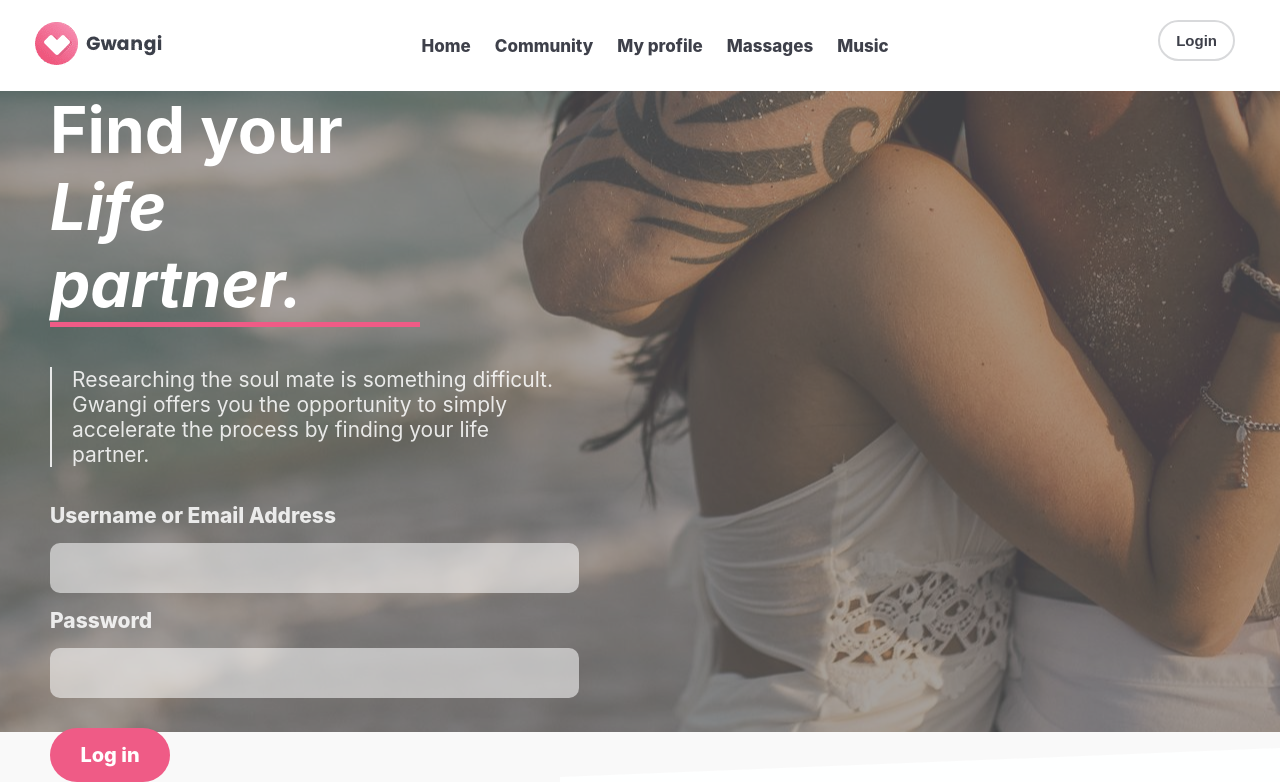
Repository: ShokunLiubov/Soc-Network-React
Page: /login
An editor plug-in stored every save of this project. The page is shown before and after the next save, followed by the edit.
The browser window is 1280 px wide. The pictures show the whole page.
The project was rebuilt for these pictures with package versions that can differ from the ones it lists, and the page was loaded fresh each time. Also part of the build but not shown: src/components/common/Paginator/Paginator.module.css, src/components/common/Paginator/Paginator.jsx, src/components/Community/Community.module.css, src/components/Community/Friend/Friend.jsx, src/components/Community/Community.jsx, src/components/common/Preloader/Preloader.jsx, src/components/Community/CommunityContainer.jsx, src/components/Dialogs/Dialogs.module.css and 14 more.

Above is the page before, as saved 2022-08-24 18:39:40.

After the next save:
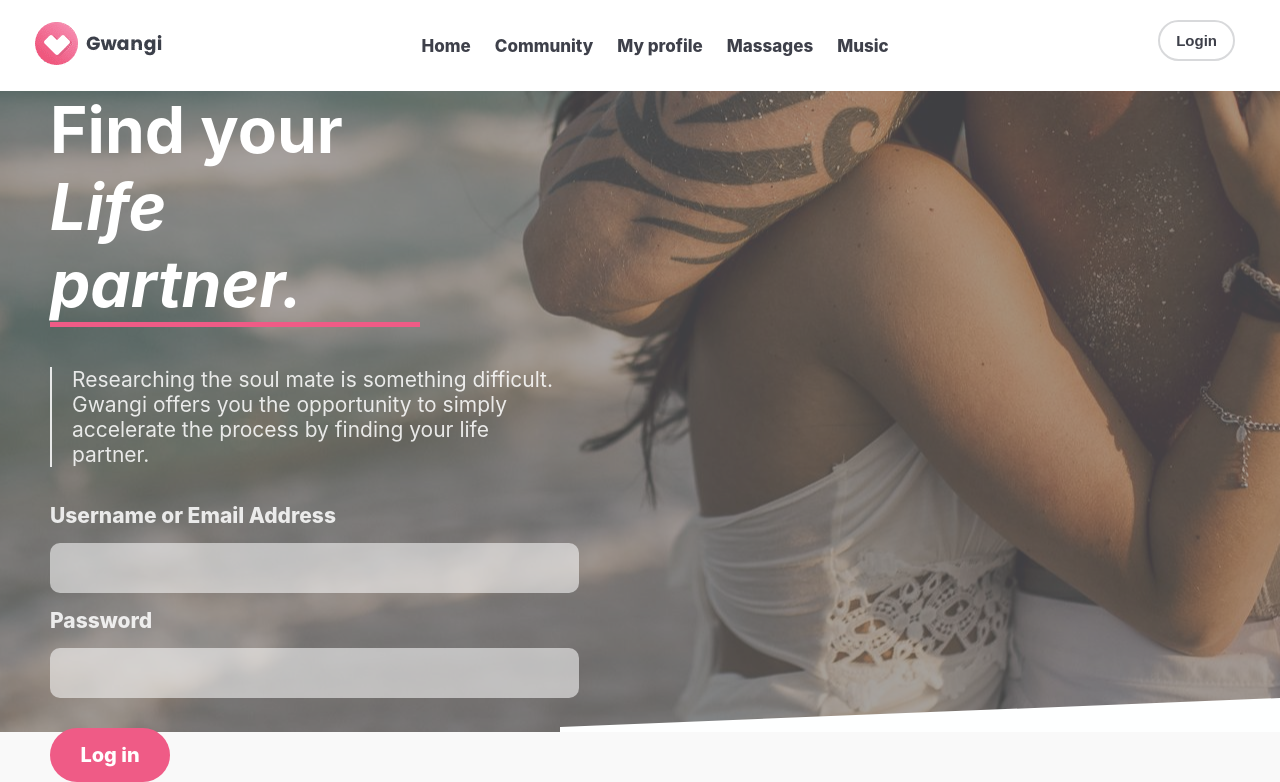
Saved 29 s later.
--- a/src/components/Auth/Registration/Registration.module.css
+++ b/src/components/Auth/Registration/Registration.module.css
@@ -88,7 +88,7 @@
 
 /* FORM */
 .decoration {
-    position: relative;
+    /* position: relative; */
     z-index: 30;
     width: 100%;
     /* height: 100%; */

After the save that followed:
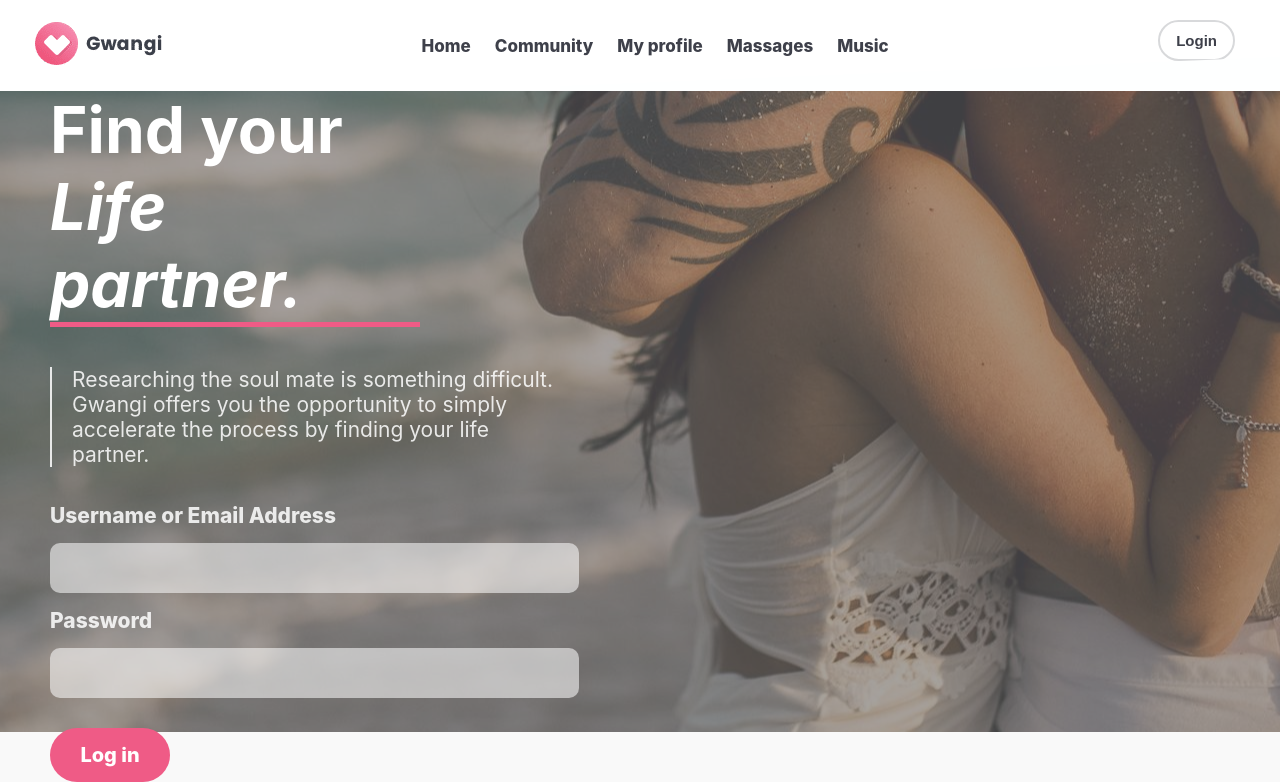
Saved 20 s later.
--- a/src/components/Auth/Registration/Registration.module.css
+++ b/src/components/Auth/Registration/Registration.module.css
@@ -88,7 +88,7 @@
 
 /* FORM */
 .decoration {
-    /* position: relative; */
+    position: absolute;
     z-index: 30;
     width: 100%;
     /* height: 100%; */
